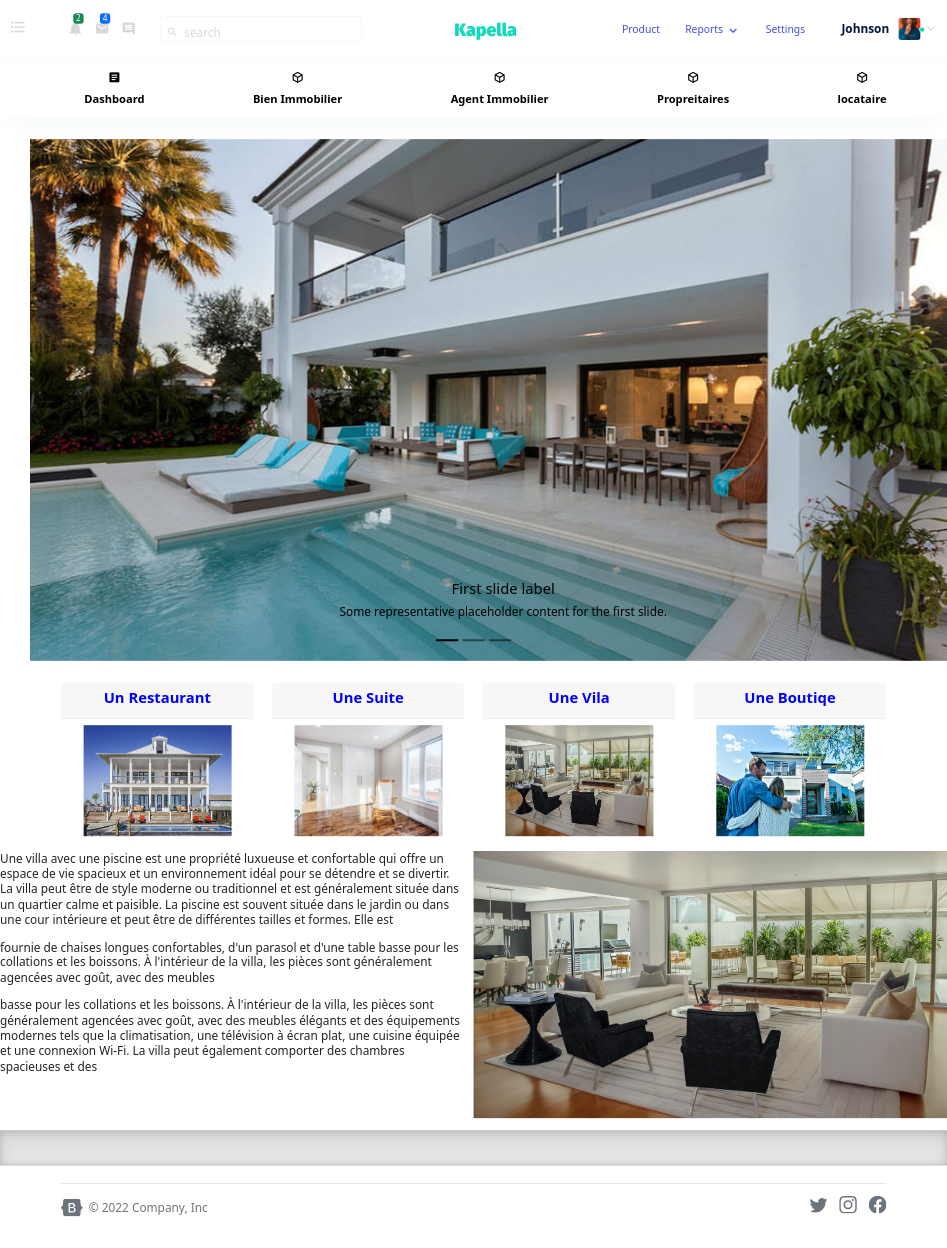
Repository: dimitri0004/Bien
Page: templates/dashbord/index.html.twig
These files come from the project's save history. The page is drawn as it stood at one moment and after the next save; the edit follows.
The browser window is 1280 px wide. The pictures show the whole page, at 74% of full size.
The page is a Twig template of a Symfony application; nobody is signed in and links lead nowhere. The template is opened directly, without the code that normally fills it, so the values that code supplies are empty.

Above is the page before, as saved 2023-04-05 02:00:06.
Console error: TypeError: Cannot read properties of null (reading 'addEventListener')

### templates/dashbord/index.html.twig
{% extends 'base.html.twig' %}

{% block title %}Hello DashbordController!{% endblock %}

{% block body %}

    <div id="carouselExampleDark" class="carousel carousel-dark slide">
        <div class="carousel-indicators">
          <button type="button" data-bs-target="#carouselExampleDark" data-bs-slide-to="0" class="active" aria-current="true" aria-label="Slide 1"></button>
          <button type="button" data-bs-target="#carouselExampleDark" data-bs-slide-to="1" aria-label="Slide 2"></button>
          <button type="button" data-bs-target="#carouselExampleDark" data-bs-slide-to="2" aria-label="Slide 3"></button>
        </div>
        <div class="carousel-inner" style="margin-left: 40px; margin-right: 40px; margin-top: 30px; margin-bottom:30px;" >
          <div class="carousel-item active" data-bs-interval="10000">
            <img src="{{ asset('uploads/image2.jpg') }}" class="d-block w-100" alt="...">
            <div class="carousel-caption d-none d-md-block">
              <h5  style="color:black"ss>First slide label</h5>
              <p style="color:black">Some representative placeholder content for the first slide.</p>
            </div>
          </div>
          <div class="carousel-item" data-bs-interval="2000">
            <img src="{{ asset('uploads/image1.jpg') }}" class="d-block w-100" alt="...">
            <div class="carousel-caption d-none d-md-block">
              <h5  style="color:black">Second slide label</h5>
              <p  style="color:black">Some representative placeholder content for the second slide.</p>
            </div>
          </div>
          <div class="carousel-item">
            <img src="{{ asset('uploads/image3.jpg') }}" class="d-block w-100" alt="...">
            <div class="carousel-caption d-none d-md-block">
              <h5  style="color:black">Third slide label</h5>
              <p  style="color:black">Some representative placeholder content for the third slide.</p>
            </div>
          </div>
        </div>
        <button class="carousel-control-prev" type="button" data-bs-target="#carouselExampleDark" data-bs-slide="prev">
          <span class="carousel-control-prev-icon" aria-hidden="true"></span>
          <span class="visually-hidden">Previous</span>
        </button>
        <button class="carousel-control-next" type="button" data-bs-target="#carouselExampleDark" data-bs-slide="next">
          <span class="carousel-control-next-icon" aria-hidden="true"></span>
          <span class="visually-hidden">Next</span>
        </button>
      </div>

      <div class="container text-center" style="margin-bottom: 20px; ">
        <div class="row" style="color:rgb(63, 66, 79)">
            <div class="col" >
                <div class="card-header">
                    <strong> <h5 class="card-title" style="color: blue;font-weight: bold; " > Un Restaurant </h5></strong>
                  </div>
                <img class='mt-2' style="width:200px ; height:150px" src="{{ asset('uploads/img.jpg') }}" class="d-block w-100" alt="...">
            </div>
            <div class="col">
                <div class="card-header">
                    <strong> <h5 class="card-title" style="color: blue;font-weight: bold; " > Une Suite </h5></strong>
                </div>
                    <img class='mt-2' style="width:200px ; height:150px" src="{{ asset('uploads/img4.jpg') }}" class="d-block w-100" alt="...">
            </div>

            <div class="col">
                <div class="card-header">
                    <strong> <h5 class="card-title" style="color: blue;font-weight: bold; " > Une Vila </h5></strong>
                </div>
                    <img class='mt-2'style="width:200px ; height:150px" src="{{ asset('uploads/img7.jpg') }}" class="d-block w-100" alt="...">
            </div>
            <div class="col">
                <div class="card-header">
                    <strong> <h5 class="card-title" style="color: blue;font-weight: bold; " > Une Boutiqe </h5></strong>
                  </div>
                <img class='mt-2'style="width:200px ; height:150px" src="{{ asset('uploads/img6.jpg') }}" class="d-block w-100" alt="...">
            </div>
        </div>
    </div>

    <div class="clearfix" style="margin-top: 20px;">
        <img src="{{ asset('uploads/img7.jpg') }}" class="col-md-6 float-md-end mb-3 ms-md-3" alt="...">

        <p>
            Une villa avec une piscine est une propriété luxueuse et confortable qui offre un espace de vie spacieux et un environnement idéal pour se détendre et se divertir. La villa peut être de style moderne ou traditionnel et est généralement située dans un quartier calme et paisible. La piscine est souvent située dans le jardin ou dans une cour intérieure et peut être de différentes tailles et formes. Elle est
        </p>

        <p>
            fournie de chaises longues confortables, d'un parasol et d'une table basse pour les collations et les boissons. À l'intérieur de la villa, les pièces sont généralement agencées avec goût, avec des meubles
        </p>

        <p>
            basse pour les collations et les boissons. À l'intérieur de la villa, les pièces sont généralement agencées avec goût, avec des meubles élégants et des équipements modernes tels que la climatisation, une télévision à écran plat, une cuisine équipée et une connexion Wi-Fi. La villa peut également comporter des chambres spacieuses et des
        </p>
      </div>



{% endblock %}

### templates/base.html.twig
<!DOCTYPE html>
<html>
    <head>
        <meta charset="UTF-8">
        <meta name="viewport" content="width=device-width, initial-scale=1, shrink-to-fit=no">
        <title>{% block title %}Welcome!{% endblock %}</title>
        <link rel="icon" href="data:[embedded picture, 143 characters]">
        {# Run `composer require symfony/webpack-encore-bundle` to start using Symfony UX #}
        <!-- Required meta tags -->
        <!-- base:css -->




        {% block stylesheets %}
            <link rel="stylesheet" href="{{asset('vendors/base/vendor.bundle.base.css')}}">
            <link rel="stylesheet" href="{{asset('vendors/mdi/css/materialdesignicons.min.css')}}">
            <link rel="stylesheet" href="{{asset('css/style.css')}}">
            <link rel="shortcut icon" href="{{asset('images/favicon.png')}}" >
            <link rel="canonical" href="https://getbootstrap.com/docs/5.3/examples/footers/">
            <link href="{{ asset('css/bootstrap.min.css') }}" rel="stylesheet">





<link href="../assets/dist/css/bootstrap.min.css" rel="stylesheet">


        {% endblock %}



        {% block javascripts %} {% endblock %}

        <script src="{{asset('vendors/base/vendor.bundle.base.js')}}" defer></script>
        <script src="{{asset('js/template.js')}}" defer></script>
        <script src="{{asset('vendors/chart.js/Chart.min.js')}}"defer></script>
        <script src="{{asset('vendors/progressbar.js/progressbar.min.js')}}"></script>
        <script src="{{asset('vendors/chartjs-plugin-datalabels/chartjs-plugin-datalabels.js')}}"defer></script>
        <script src="{{asset('vendors/justgage/raphael-2.1.4.min.js')}}"defer></script>
        <script src="{{asset('vendors/justgage/justgage.js')}}"defer></script>
        <script src="{{asset('js/jquery.cookie.js')}}" type="text/javascript" defer></script>
        <script src="{{asset('js/dashboard.js')}}" defer></script>
        <script src="{{ asset('js/bootstrap.bundle.min.js') }}" defer></script>



    </head>
    <body>
        {% include "_partiels/nav.html.twig" %}
        {% block body %}

        {% endblock %}
        {% include "_partiels/footer.html.twig" %}
    </body>
</html>

### templates/_partiels/footer.html.twig
<style>
    .bd-placeholder-img {
      font-size: 1.125rem;
      text-anchor: middle;
      -webkit-user-select: none;
      -moz-user-select: none;
      user-select: none;
    }

    @media (min-width: 768px) {
      .bd-placeholder-img-lg {
        font-size: 3.5rem;
      }
    }

    .b-example-divider {
      height: 3rem;
      background-color: rgba(0, 0, 0, .1);
      border: solid rgba(0, 0, 0, .15);
      border-width: 1px 0;
      box-shadow: inset 0 .5em 1.5em rgba(0, 0, 0, .1), inset 0 .125em .5em rgba(0, 0, 0, .15);
    }

    .b-example-vr {
      flex-shrink: 0;
      width: 1.5rem;
      height: 100vh;
    }

    .bi {
      vertical-align: -.125em;
      fill: currentColor;
    }

    .nav-scroller {
      position: relative;
      z-index: 2;
      height: 2.75rem;
      overflow-y: hidden;
    }

    .nav-scroller .nav {
      display: flex;
      flex-wrap: nowrap;
      padding-bottom: 1rem;
      margin-top: -1px;
      overflow-x: auto;
      text-align: center;
      white-space: nowrap;
      -webkit-overflow-scrolling: touch;
    }
</style>
<body>
    <svg xmlns="http://www.w3.org/2000/svg" style="display: none;">
        <symbol id="bootstrap" viewBox="0 0 118 94">
          <title>Bootstrap</title>
          <path fill-rule="evenodd" clip-rule="evenodd" d="M24.509 0c-6.733 0-11.715 5.893-11.492 12.284.214 6.14-.064 14.092-2.066 20.577C8.943 39.365 5.547 43.485 0 44.014v5.972c5.547.529 8.943 4.649 10.951 11.153 2.002 6.485 2.28 14.437 2.066 20.577C12.794 88.106 17.776 94 24.51 94H93.5c6.733 0 11.714-5.893 11.491-12.284-.214-6.14.064-14.092 2.066-20.577 2.009-6.504 5.396-10.624 10.943-11.153v-5.972c-5.547-.529-8.934-4.649-10.943-11.153-2.002-6.484-2.28-14.437-2.066-20.577C105.214 5.894 100.233 0 93.5 0H24.508zM80 57.863C80 66.663 73.436 72 62.543 72H44a2 2 0 01-2-2V24a2 2 0 012-2h18.437c9.083 0 15.044 4.92 15.044 12.474 0 5.302-4.01 10.049-9.119 10.88v.277C75.317 46.394 80 51.21 80 57.863zM60.521 28.34H49.948v14.934h8.905c6.884 0 10.68-2.772 10.68-7.727 0-4.643-3.264-7.207-9.012-7.207zM49.948 49.2v16.458H60.91c7.167 0 10.964-2.876 10.964-8.281 0-5.406-3.903-8.178-11.425-8.178H49.948z"></path>
        </symbol>
        <symbol id="facebook" viewBox="0 0 16 16">
          <path d="M16 8.049c0-4.446-3.582-8.05-8-8.05C3.58 0-.002 3.603-.002 8.05c0 4.017 2.926 7.347 6.75 7.951v-5.625h-2.03V8.05H6.75V6.275c0-2.017 1.195-3.131 3.022-3.131.876 0 1.791.157 1.791.157v1.98h-1.009c-.993 0-1.303.621-1.303 1.258v1.51h2.218l-.354 2.326H9.25V16c3.824-.604 6.75-3.934 6.75-7.951z"/>
        </symbol>
        <symbol id="instagram" viewBox="0 0 16 16">
            <path d="M8 0C5.829 0 5.556.01 4.703.048 3.85.088 3.269.222 2.76.42a3.917 3.917 0 0 0-1.417.923A3.927 3.927 0 0 0 .42 2.76C.222 3.268.087 3.85.048 4.7.01 5.555 0 5.827 0 8.001c0 2.172.01 2.444.048 3.297.04.852.174 1.433.372 1.942.205.526.478.972.923 1.417.444.445.89.719 1.416.923.51.198 1.09.333 1.942.372C5.555 15.99 5.827 16 8 16s2.444-.01 3.298-.048c.851-.04 1.434-.174 1.943-.372a3.916 3.916 0 0 0 1.416-.923c.445-.445.718-.891.923-1.417.197-.509.332-1.09.372-1.942C15.99 10.445 16 10.173 16 8s-.01-2.445-.048-3.299c-.04-.851-.175-1.433-.372-1.941a3.926 3.926 0 0 0-.923-1.417A3.911 3.911 0 0 0 13.24.42c-.51-.198-1.092-.333-1.943-.372C10.443.01 10.172 0 7.998 0h.003zm-.717 1.442h.718c2.136 0 2.389.007 3.232.046.78.035 1.204.166 1.486.275.373.145.64.319.92.599.28.28.453.546.598.92.11.281.24.705.275 1.485.039.843.047 1.096.047 3.231s-.008 2.389-.047 3.232c-.035.78-.166 1.203-.275 1.485a2.47 2.47 0 0 1-.599.919c-.28.28-.546.453-.92.598-.28.11-.704.24-1.485.276-.843.038-1.096.047-3.232.047s-2.39-.009-3.233-.047c-.78-.036-1.203-.166-1.485-.276a2.478 2.478 0 0 1-.92-.598 2.48 2.48 0 0 1-.6-.92c-.109-.281-.24-.705-.275-1.485-.038-.843-.046-1.096-.046-3.233 0-2.136.008-2.388.046-3.231.036-.78.166-1.204.276-1.486.145-.373.319-.64.599-.92.28-.28.546-.453.92-.598.282-.11.705-.24 1.485-.276.738-.034 1.024-.044 2.515-.045v.002zm4.988 1.328a.96.96 0 1 0 0 1.92.96.96 0 0 0 0-1.92zm-4.27 1.122a4.109 4.109 0 1 0 0 8.217 4.109 4.109 0 0 0 0-8.217zm0 1.441a2.667 2.667 0 1 1 0 5.334 2.667 2.667 0 0 1 0-5.334z"/>
        </symbol>
        <symbol id="twitter" viewBox="0 0 16 16">
          <path d="M5.026 15c6.038 0 9.341-5.003 9.341-9.334 0-.14 0-.282-.006-.422A6.685 6.685 0 0 0 16 3.542a6.658 6.658 0 0 1-1.889.518 3.301 3.301 0 0 0 1.447-1.817 6.533 6.533 0 0 1-2.087.793A3.286 3.286 0 0 0 7.875 6.03a9.325 9.325 0 0 1-6.767-3.429 3.289 3.289 0 0 0 1.018 4.382A3.323 3.323 0 0 1 .64 6.575v.045a3.288 3.288 0 0 0 2.632 3.218 3.203 3.203 0 0 1-.865.115 3.23 3.23 0 0 1-.614-.057 3.283 3.283 0 0 0 3.067 2.277A6.588 6.588 0 0 1 .78 13.58a6.32 6.32 0 0 1-.78-.045A9.344 9.344 0 0 0 5.026 15z"/>
        </symbol>
      </svg>

      <div class="b-example-divider"></div>
      <div class="container">
        <footer class="d-flex flex-wrap justify-content-between align-items-center py-3 my-4 border-top">
          <div class="col-md-4 d-flex align-items-center">
            <a href="/" class="mb-3 me-2 mb-md-0 text-muted text-decoration-none lh-1">
              <svg class="bi" width="30" height="24"><use xlink:href="#bootstrap"/></svg>
            </a>
            <span class="mb-3 mb-md-0 text-muted">&copy; 2022 Company, Inc</span>
          </div>

          <ul class="nav col-md-4 justify-content-end list-unstyled d-flex">
            <li class="ms-3"><a class="text-muted" href="#"><svg class="bi" width="24" height="24"><use xlink:href="#twitter"/></svg></a></li>
            <li class="ms-3"><a class="text-muted" href="#"><svg class="bi" width="24" height="24"><use xlink:href="#instagram"/></svg></a></li>
            <li class="ms-3"><a class="text-muted" href="#"><svg class="bi" width="24" height="24"><use xlink:href="#facebook"/></svg></a></li>
          </ul>
        </footer>
      </div>
</body>

Loaded but not shown: public/vendors/base/vendor.bundle.base.css (common file); public/vendors/mdi/css/materialdesignicons.min.css (library); public/css/style.css (library); public/css/bootstrap.min.css (library); public/vendors/progressbar.js/progressbar.min.js (library); public/vendors/base/vendor.bundle.base.js (library); public/vendors/chart.js/Chart.min.js (library); public/vendors/chartjs-plugin-datalabels/chartjs-plugin-datalabels.js (library); public/vendors/justgage/raphael-2.1.4.min.js (library); public/vendors/justgage/justgage.js (library); public/js/jquery.cookie.js (library); public/js/bootstrap.bundle.min.js (library); public/images/logo.svg (3 lines, source omitted); public/images/logo-mini.svg (12 lines, source omitted); public/js/dashboard.js (1172 lines, source omitted); public/js/template.js (126 lines, source omitted); templates/_partiels/nav.html.twig (246 lines, source omitted)

After the next save:
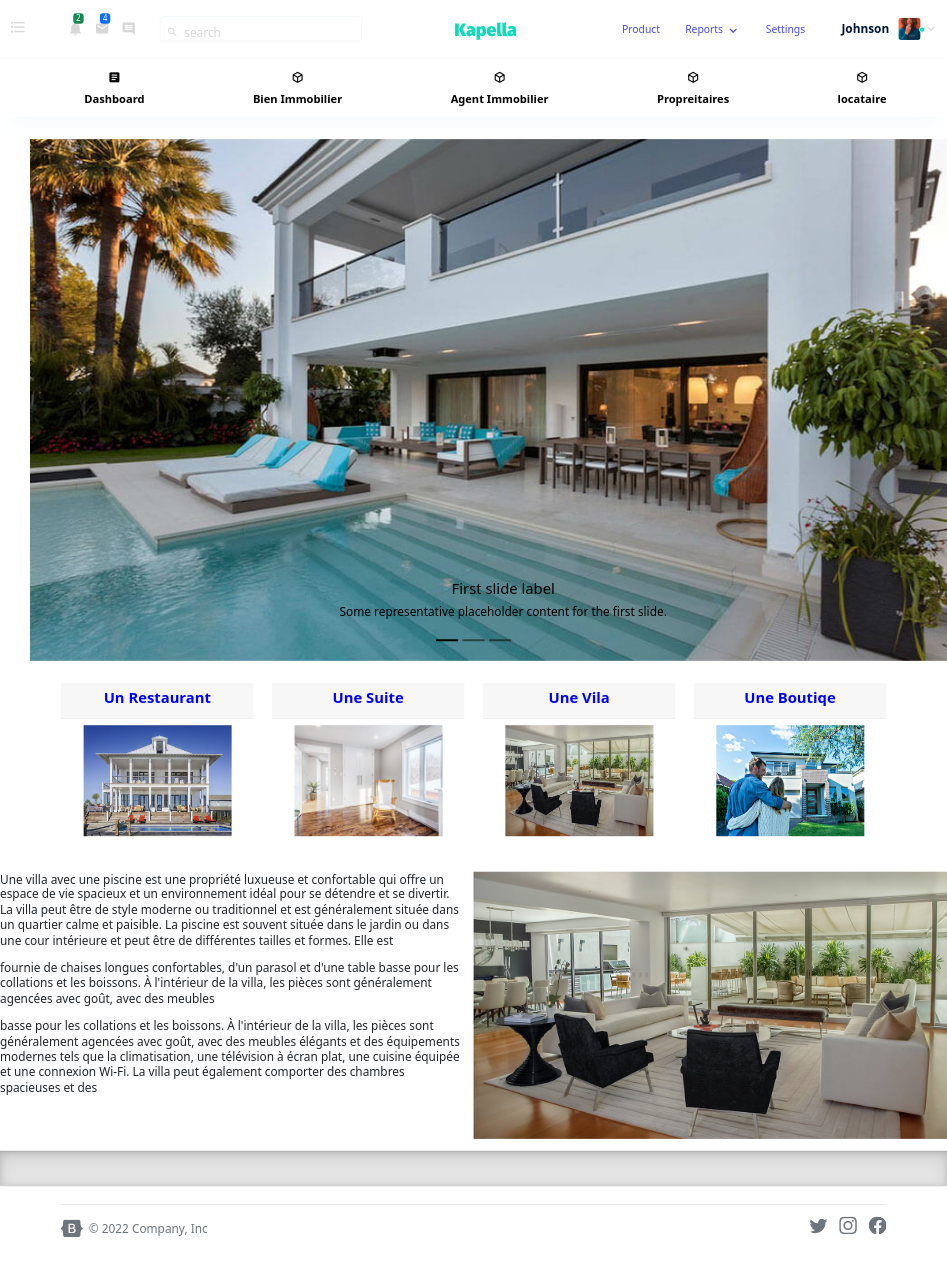
Saved 54 s later.
--- a/templates/dashbord/index.html.twig
+++ b/templates/dashbord/index.html.twig
@@ -73,7 +73,7 @@
         </div>
     </div>
 
-    <div class="clearfix" style="margin-top: 20px;">
+    <div class="clearfix mt-5" >
         <img src="{{ asset('uploads/img7.jpg') }}" class="col-md-6 float-md-end mb-3 ms-md-3" alt="...">
 
         <p>

After the save that followed:
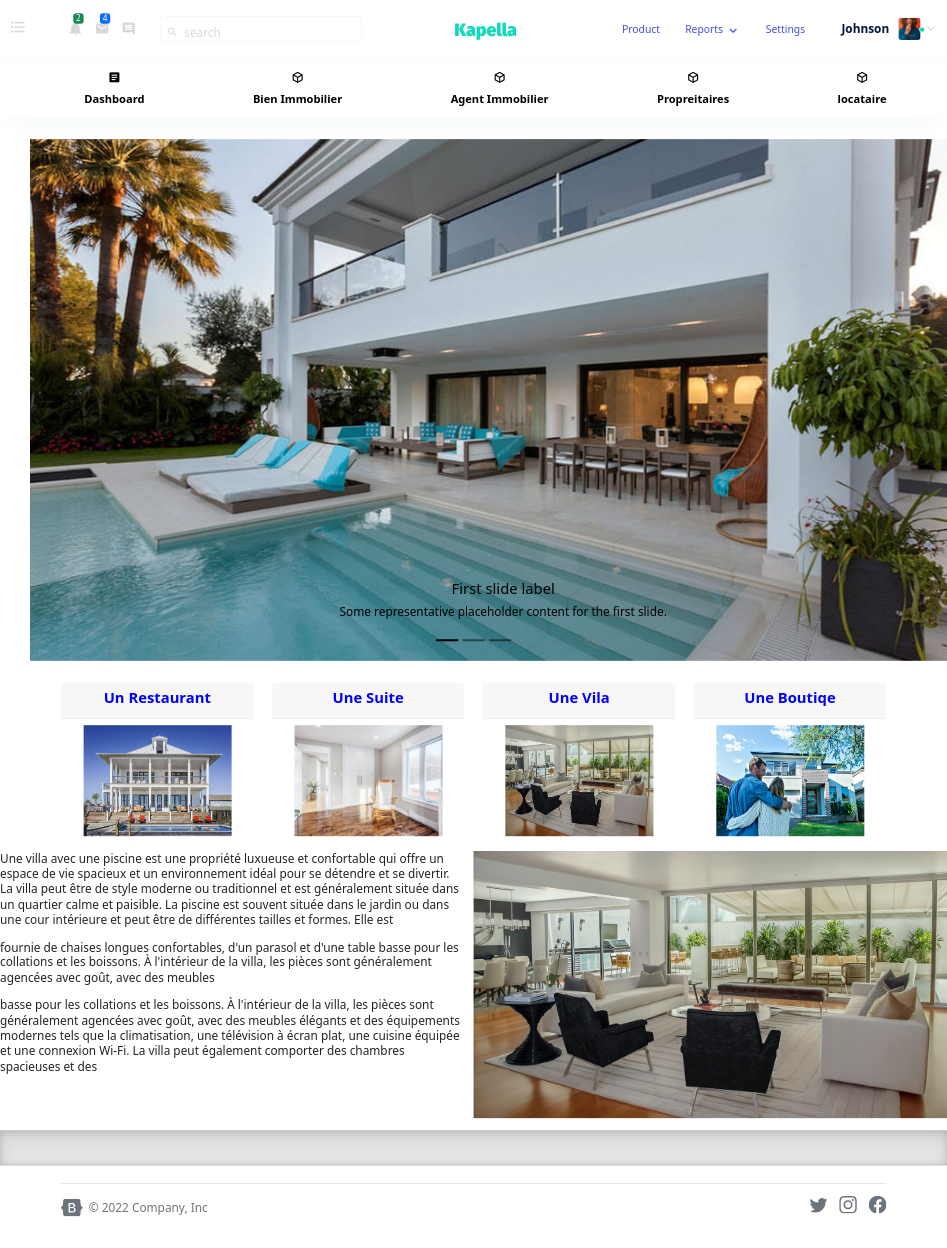
Saved 12 s later.
--- a/templates/dashbord/index.html.twig
+++ b/templates/dashbord/index.html.twig
@@ -73,7 +73,7 @@
         </div>
     </div>
 
-    <div class="clearfix mt-5" >
+    <div class="clearfix mt-10" >
         <img src="{{ asset('uploads/img7.jpg') }}" class="col-md-6 float-md-end mb-3 ms-md-3" alt="...">
 
         <p>
